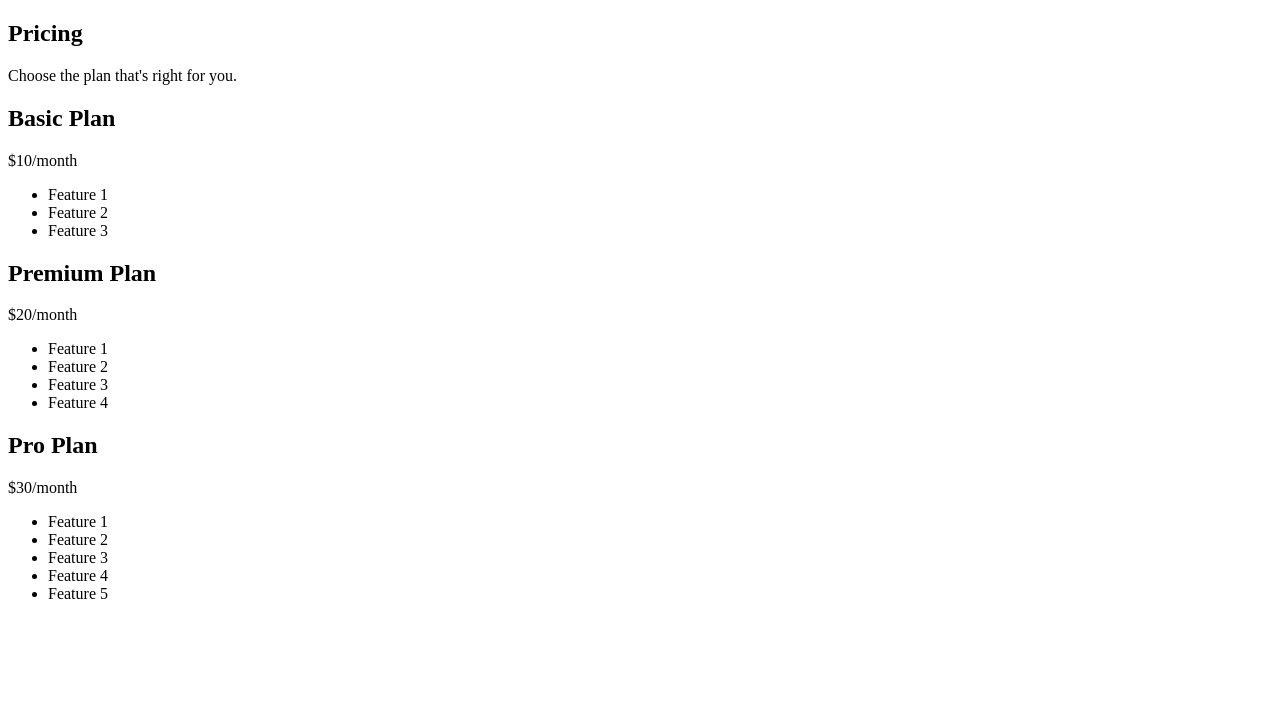
Repository: MikeeBuilds/whisperer
Page: /pricing
The author's editor kept a copy of each file at every save. The page is drawn from the files as they stood at one save, then again after the next save.
The browser window is 1280 px wide. The pictures show the whole page.
The project was rebuilt for these pictures with package versions that can differ from the ones it lists, and the page was loaded fresh each time. The framework's server and built-in components were replaced by stand-ins that run in the browser. Also part of the build but not shown: next.config.js.

Above is the page before, as saved 2023-06-26 21:09:37.

After the next save:
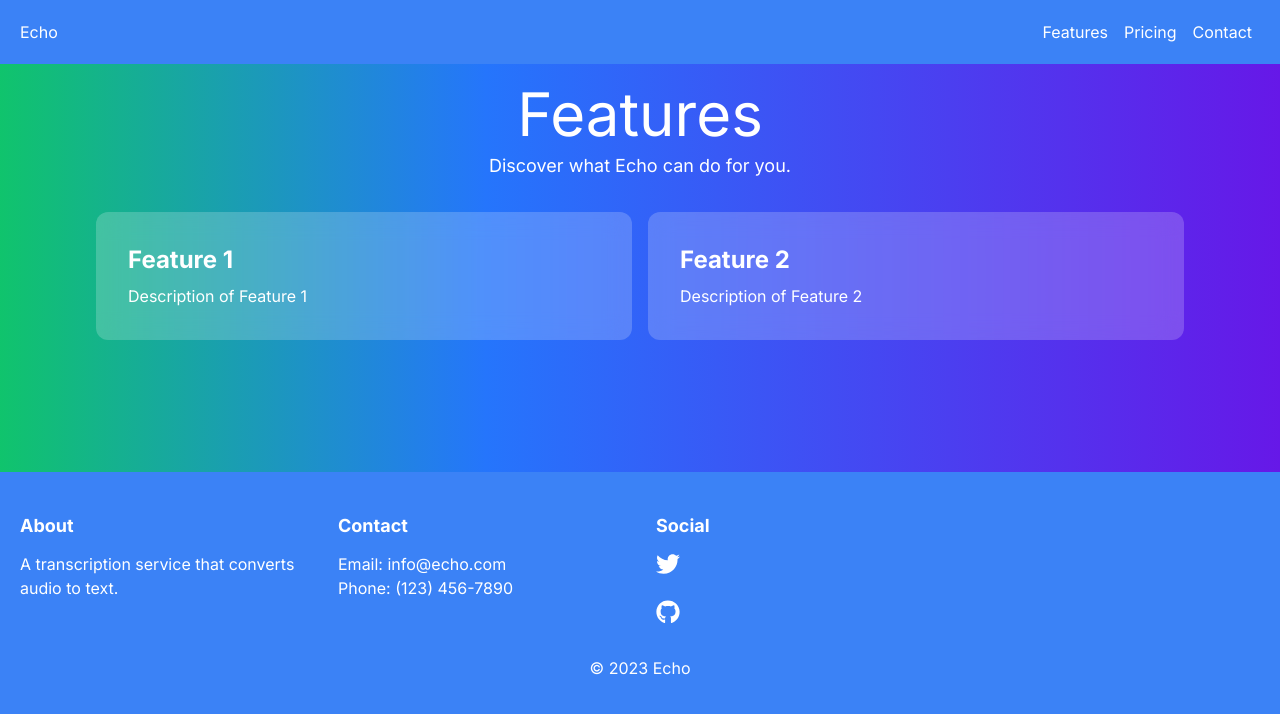
Saved 5 min 24 s later.
--- a/pages/pricing.tsx
+++ b/pages/pricing.tsx
@@ -1,52 +1,34 @@
+import RootLayout from "@/app/layout";
 import Head from "next/head";
 
-export default function Pricing() {
-    return (
-        <div>
-            <Head>
-                <title>Echo - Pricing</title>
-            </Head>
-            <main className="container mx-auto px-4 sm:px-24 py-5">
-                <section className="text-center">
-                    <h1 className="text-4xl sm:text-6xl font-sans mb-2">Pricing</h1>
-                    <p className="text-sm sm:text-lg font-sans mb-8">Choose the plan that's right for you.</p>
-                </section>
+export default function Features() {
+  return (
+    <div>
+      <RootLayout>
+        <Head>
+          <title>Echo - Features</title>
+        </Head>
+        <main className="container mx-auto px-4 sm:px-24 py-5">
+          <section className="text-center">
+            <h1 className="text-4xl sm:text-6xl font-sans mb-2">Features</h1>
+            <p className="text-sm sm:text-lg font-sans mb-8">Discover what Echo can do for you.</p>
+          </section>
 
-                <section className="grid grid-cols-1 md:grid-cols-3 gap-4">
-                    <div className="bg-white bg-opacity-20 rounded-xl p-8 backdrop-blur-md">
-                        <h2 className="text-2xl font-bold mb-2">Basic Plan</h2>
-                        <p>$10/month</p>
-                        <ul className="list-disc list-inside">
-                            <li>Feature 1</li>
-                            <li>Feature 2</li>
-                            <li>Feature 3</li>
-                        </ul>
-                    </div>
+          <section className="grid grid-cols-1 md:grid-cols-2 gap-4">
+            <div className="bg-white bg-opacity-20 rounded-xl p-8 backdrop-blur-md">
+              <h2 className="text-2xl font-bold mb-2">Feature 1</h2>
+              <p>Description of Feature 1</p>
+            </div>
 
-                    <div className="bg-white bg-opacity-20 rounded-xl p-8 backdrop-blur-md">
-                        <h2 className="text-2xl font-bold mb-2">Premium Plan</h2>
-                        <p>$20/month</p>
-                        <ul className="list-disc list-inside">
-                            <li>Feature 1</li>
-                            <li>Feature 2</li>
-                            <li>Feature 3</li>
-                            <li>Feature 4</li>
-                        </ul>
-                    </div>
+            <div className="bg-white bg-opacity-20 rounded-xl p-8 backdrop-blur-md">
+              <h2 className="text-2xl font-bold mb-2">Feature 2</h2>
+              <p>Description of Feature 2</p>
+            </div>
 
-                    <div className="bg-white bg-opacity-20 rounded-xl p-8 backdrop-blur-md">
-                        <h2 className="text-2xl font-bold mb-2">Pro Plan</h2>
-                        <p>$30/month</p>
-                        <ul className="list-disc list-inside">
-                            <li>Feature 1</li>
-                            <li>Feature 2</li>
-                            <li>Feature 3</li>
-                            <li>Feature 4</li>
-                            <li>Feature 5</li>
-                        </ul>
-                    </div>
-                </section>
-            </main>
-        </div>
-    );
+            {/* Add more features here */}
+          </section>
+        </main>
+      </RootLayout>
+    </div>
+  );
 }
